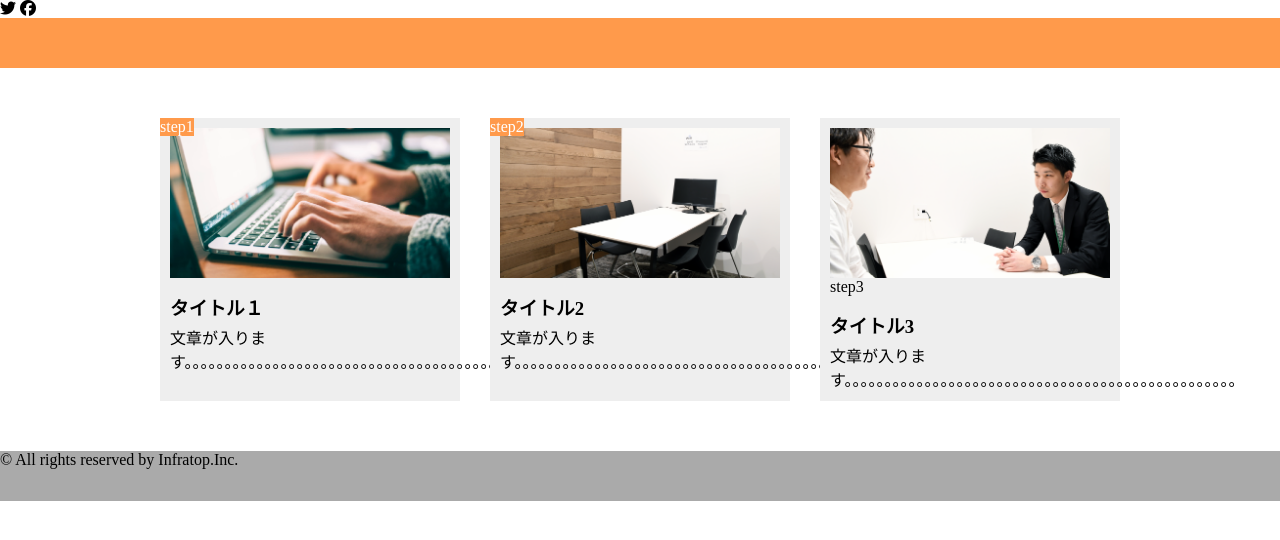
Repository: yymmyymm/review-sub1
Page: caravan2/index2.html
The author's editor kept a record of every edit. The page is drawn from the files as they stood at one moment, then again after the next edit.
The browser window is 1280 px wide. The pictures show the whole page.
Some web libraries are served in a nearby version.

Above is the page before.

### caravan2/index2.html
<!DOCTYPE html>
<html lang="ja">
  <head>
    <meta charset="UTF-8"/>
    <script src="https://kit.fontawesome.com/0855b218b3.js" crossorigin="anonymous"></script>
    <link rel="stylesheet" href="style2.css"/>
    <title>演習</title>
  </head>
  <body>
    <div class="position">

    <i class="fa-brands fa-twitter"></i>
    <i class="fa-brands fa-facebook"></i>
    </div>
  <header>
  </header>
  <main>
    <div class="step-box">
      <div class="step-img1"></div>
      <span class="step-num">step1</span>
      <h3 class="title">タイトル１</h3>
      <p class="text">
        文章が入ります。。。。。。。。。。。。。。。。。。。。。。。。。。。。。。。。。。。。。。。。。。。。。。。。。
      </p>
    </div>

    <div class="step-box">
      <div class="step-img2"></div>
      <span class="step-num">step2</span>
      <h3 class="title">タイトル2</h3>
      <p class="text">
        文章が入ります。。。。。。。。。。。。。。。。。。。。。。。。。。。。。。。。。。。。。。。。。。。。。。。。。
      </p>
    </div>

     <div class="step-box">
      <div class="step-img3"></div>
      <span clss="step-num">step3</span>
      <h3 class="title">タイトル3</h3>
      <p class="text">
        文章が入ります。。。。。。。。。。。。。。。。。。。。。。。。。。。。。。。。。。。。。。。。。。。。。。。。。
      </p>
    </div>
  </main>



  <footer>
    <p class="footer-text">© All rights reserved by Infratop.Inc.</p>
  </footer>


  </body>
</html>

### caravan2/style2.css
*{
  margin: 0;
  padding: 0;
  box-sizing: border-box;
}


header {
  height: 50px;
  background-color: #ff9a4b;
}

main {
  width: 960px;
  margin: 50px auto;
  display: flex;
}

.step-box {
  width: 300px;
  margin-right: 30px;
  padding: 10px;
  position: relative;
  background-color: #eee;
}

.step-box:last-child {
  margin-right: 0;
}

.step-img1 {
  height: 150px;
  background-image: url(img3/flow01.png);
  background-position: bottom;
  background-size: cover;
}

.step-img2 {
  height: 150px;
  background-image: url(img3/flow02.png);
  background-position: bottom;
  background-size: cover;
}

.step-img3 {
  height: 150px;
  background-image: url(img3/flow03.png);
  background-position: bottom;
  background-size: cover;
}

.step-num {
  position: absolute;
  top: 0;
  left: 0;
  background-color: #ff9a4b;
  color: #fff;
}

.title {
  margin: 15px 0 5px;
}


footer {
  height: 50px;
  background-color: #aaa;
}

After the next edit:
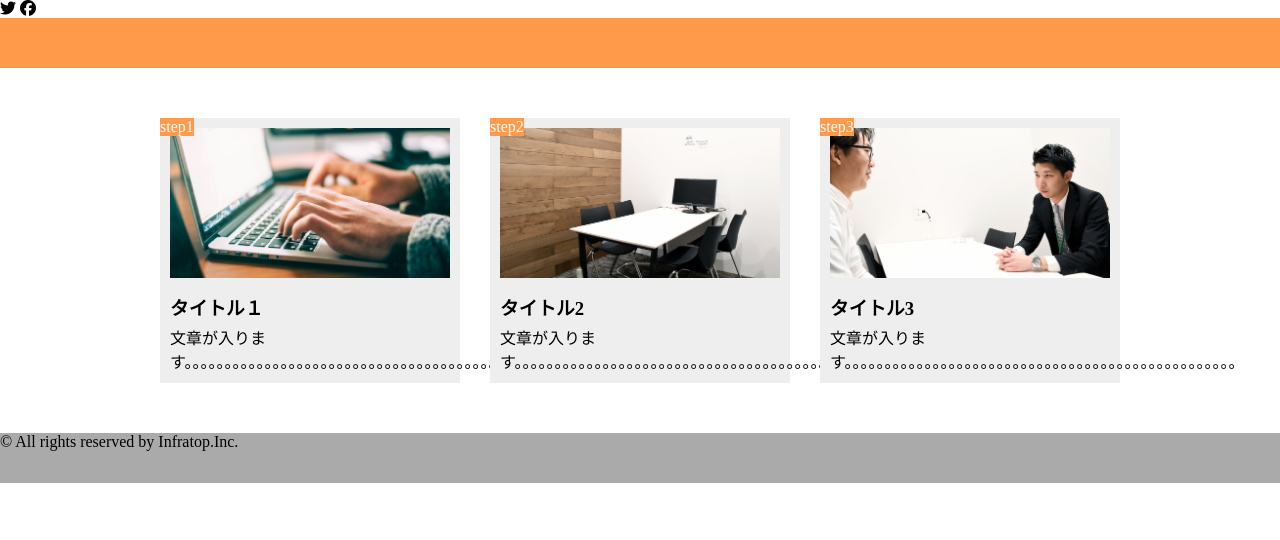
The edit:
--- a/caravan2/index2.html
+++ b/caravan2/index2.html
@@ -35,7 +35,7 @@
 
      <div class="step-box">
       <div class="step-img3"></div>
-      <span clss="step-num">step3</span>
+      <span class="step-num">step3</span>
       <h3 class="title">タイトル3</h3>
       <p class="text">
         文章が入ります。。。。。。。。。。。。。。。。。。。。。。。。。。。。。。。。。。。。。。。。。。。。。。。。。
